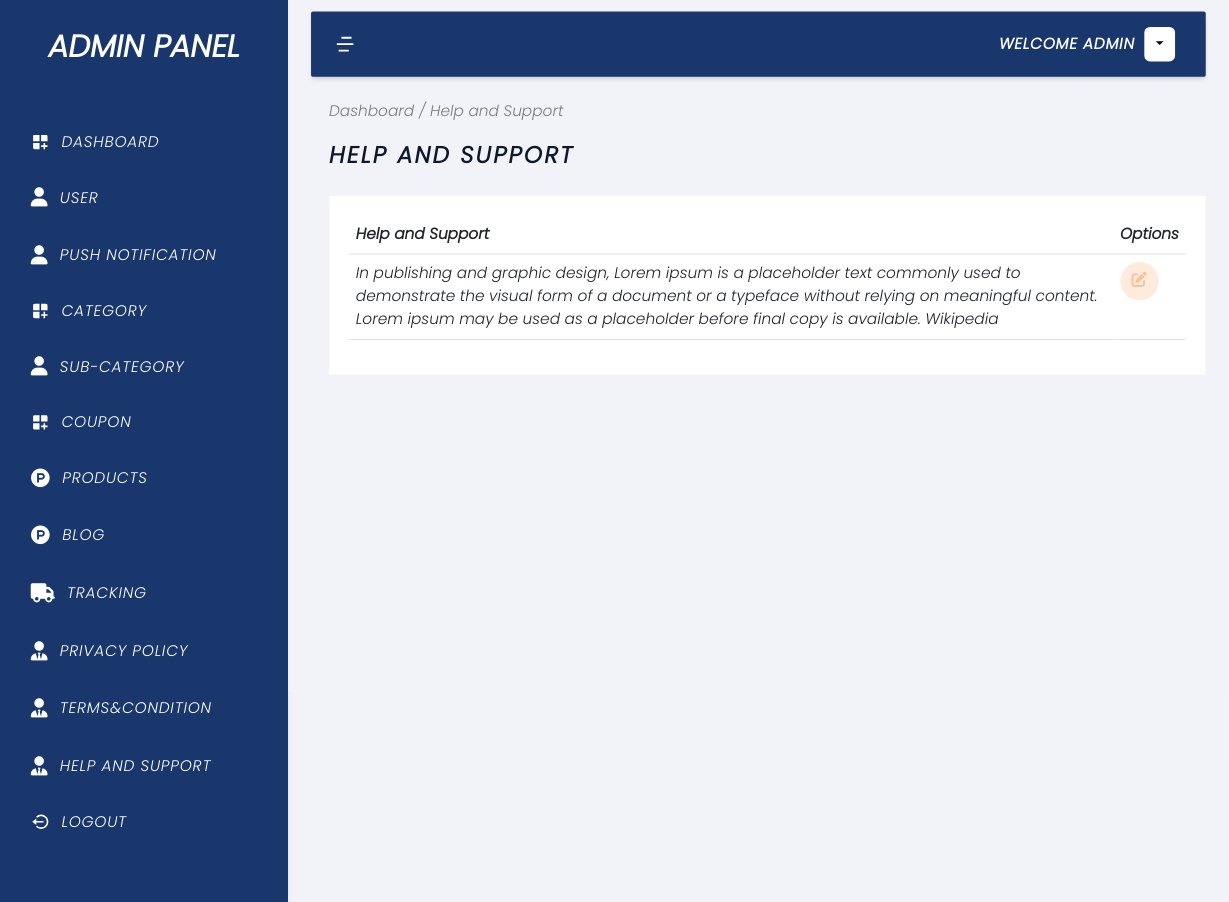
Repository: arpanmalik/project-khanna
Page: /helpSupport
These files come from the project's save history. The page is drawn as it stood at one moment and after a run of saves; the edit follows.
The browser window is 1280 px wide. The pictures show the whole page, at 96% of full size.
Some web libraries are served in a nearby version. The project was rebuilt for these pictures with package versions that can differ from the ones it lists, and the page was loaded fresh each time. Also part of the build but not shown: src/E-CommerceAdmin/forms/Login.jsx, src/E-CommerceAdmin/pages/Dashboard.jsx, src/E-CommerceAdmin/pages/ECategory.js, src/E-CommerceAdmin/pages/EProduct.js, src/E-CommerceAdmin/pages/EVendorList.js, src/E-CommerceAdmin/pages/EAdminOrders.js, src/E-CommerceAdmin/pages/EAdminProduct.js, src/E-CommerceAdmin/pages/EAdminDelivery.js and 11 more. Imported but missing from the stored project, and not drawn on this page: src/E-CommerceVendor/forms/EVendorLogin, src/E-CommerceVendor/pages/EVCategory, src/E-CommerceVendor/pages/EVCoupon, src/E-CommerceVendor/pages/EVDashboard, src/E-CommerceVendor/pages/EVOrders, src/E-CommerceVendor/pages/EVProduct, src/E-CommerceVendor/pages/EVSubCategory.

Above is the page before, as saved 2023-05-16 17:14:20.

After the next 3 saves:
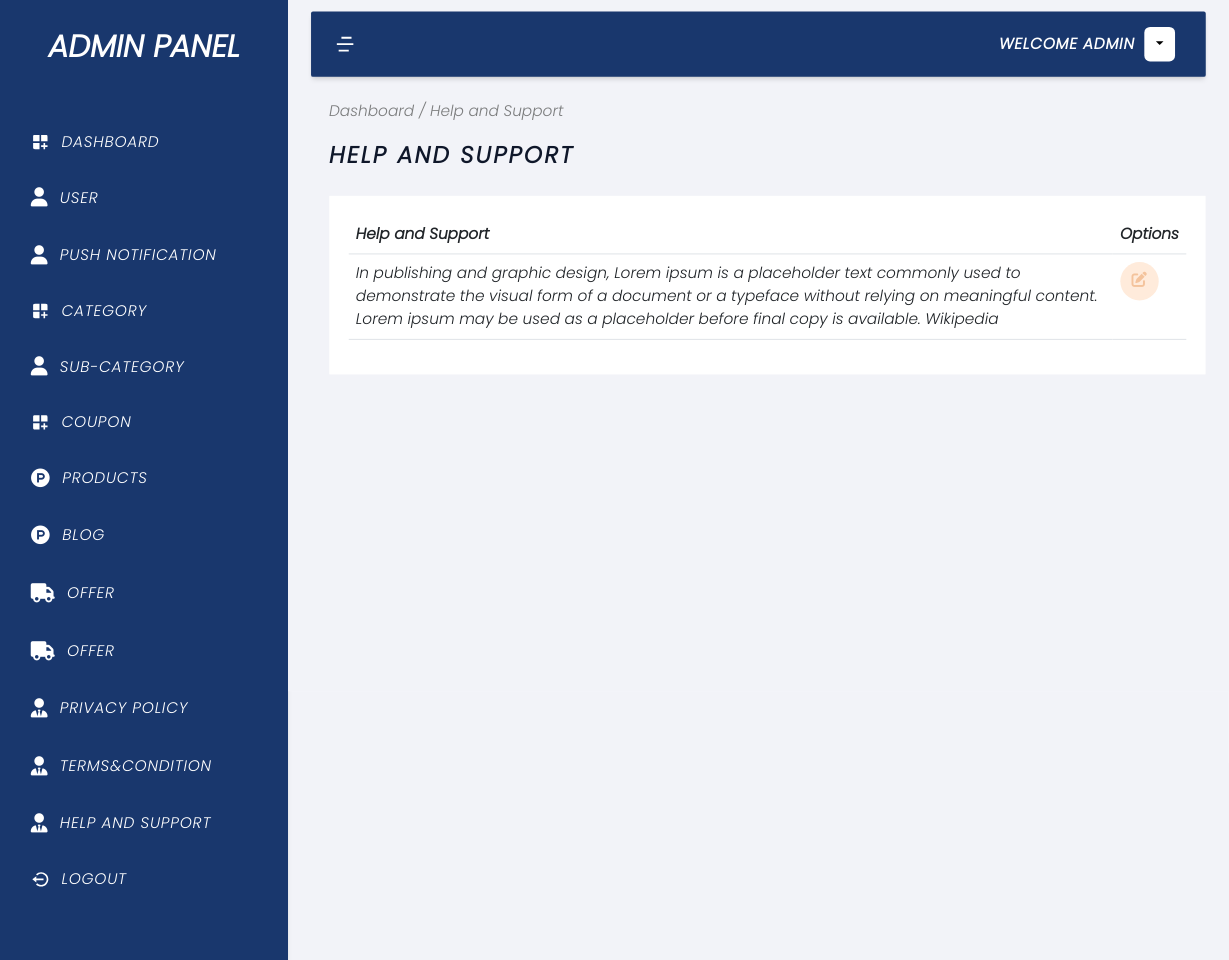
The 3 saves are shown as one change because they came seconds apart.
The last was saved 19 s later.
--- a/src/E-CommerceAdmin/layout/Sidebar.jsx
+++ b/src/E-CommerceAdmin/layout/Sidebar.jsx
@@ -69,7 +69,12 @@ const Sidebar = ({ hamb, setHamb }) => {
     {
       icon: <i className="fa-solid fa-truck  text-xl mr-3 rounded-full"></i>,
       link: "/Support",
-      name: "Tracking",
+      name: "Offer",
+    },
+    {
+      icon: <i className="fa-solid fa-truck  text-xl mr-3 rounded-full"></i>,
+      link: "/",
+      name: "Offer",
     },
     // {
     //   icon: (
